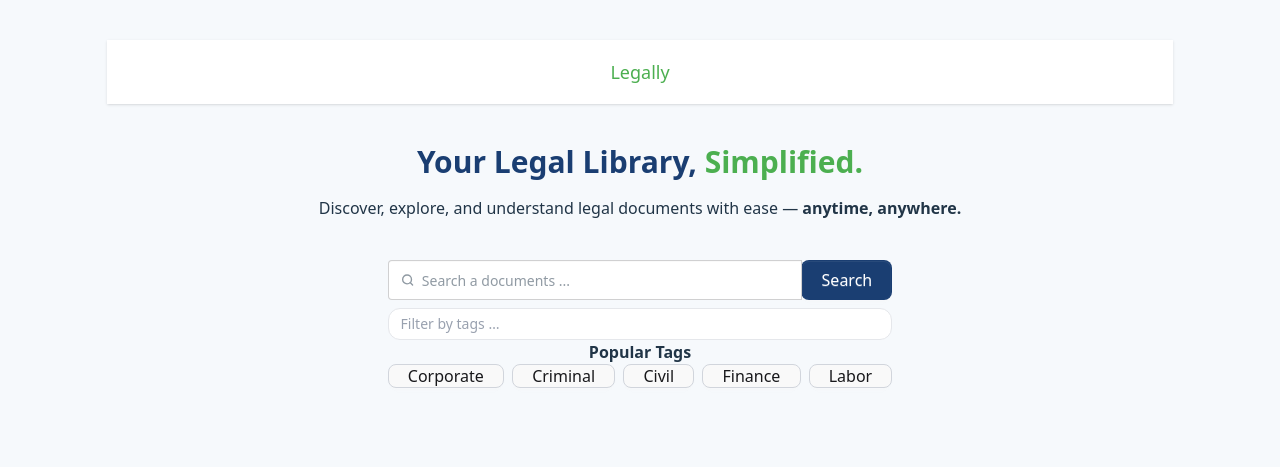
Repository: OdinPie/legal-search-acmeai
Page: / (app in legal-frontend/)
An editor plug-in stored every save of this project. The page is shown before and after a run of saves, followed by the edit.
The browser window is 1280 px wide. The pictures show the whole page.
The project was rebuilt for these pictures with package versions that can differ from the ones it lists, and the page was loaded fresh each time. Also part of the build but not shown: legal-frontend/vite.config.js.

Above is the page before, as saved 2025-11-05 23:55:41.

After the next 4 saves:
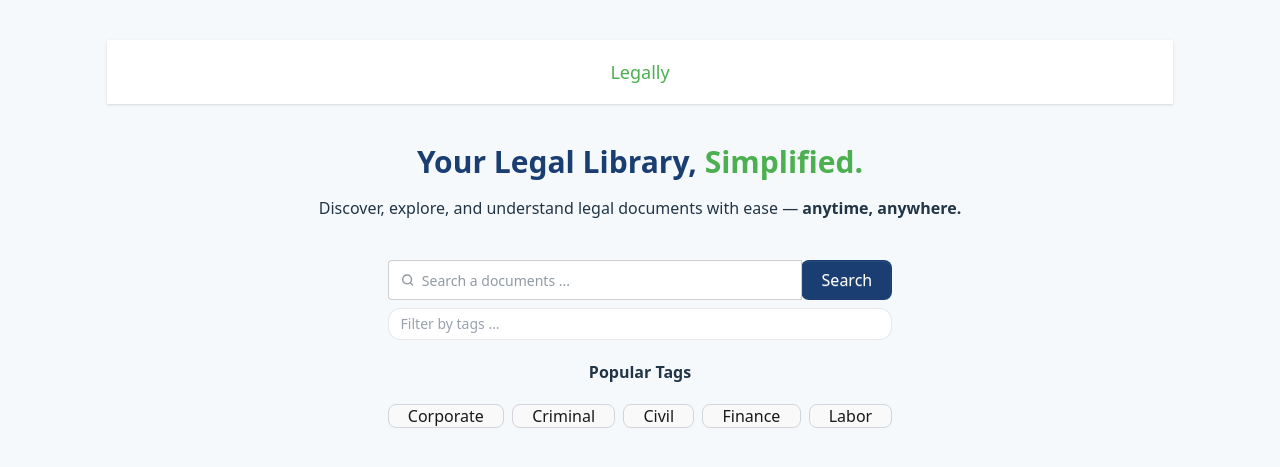
The 4 saves are shown as one change because they came seconds apart.
The last was saved 50 s later.
--- a/legal-frontend/src/components/TagBar.jsx
+++ b/legal-frontend/src/components/TagBar.jsx
@@ -61,7 +61,7 @@ export default function TagBar({ value = [], onChange }) {
       </div>
 
       <div>
-        <p className="font-bold">Popular Tags</p>
+        <p className="font-bold my-5">Popular Tags</p>
         <div className="flex justify-center gap-2">
         {suggetions.map(s => {
           const taken = value.some(t => t.toLowerCase() === s.toLowerCase());
